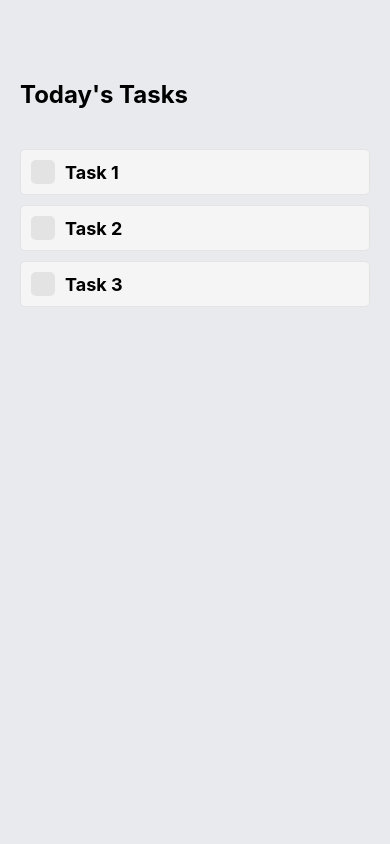
Repository: lomelo-x/ToDo-App
Screen: /
The author's editor kept a copy of each file at every save. The screen is drawn from the files as they stood at one save, then again after a run of saves.
The app was drawn by React Native's web renderer in a window 390 px wide. The project was rebuilt for these pictures with package versions that can differ from the ones it lists, and the page was loaded fresh each time.

Above is the screen before, as saved 2022-06-17 19:45:53.

### App.js
import { StatusBar } from 'expo-status-bar';
import { StyleSheet, Text, View } from 'react-native';
import Task from './components/Task';

export default function App() {
	return (
		<View style={styles.container}>
			<View style={styles.todoContainer}>
				<Text style={styles.sectionTitle}>Today's Tasks</Text>
				<View style={styles.itemsContainer}>
					<Task text={'Task 1'} />
					<Task text={'Task 2'}/>
					<Task text={'Task 3'}/>
				</View>
			</View>
		</View>
	);
}

const styles = StyleSheet.create({
	container: {
		flex: 1,
		backgroundColor: '#E8EAED',
	},
	todoContainer: {
		paddingTop: 80,
		paddingHorizontal: 20,
	},
	sectionTitle: {
		fontSize: 24,
		fontWeight: 'bold',
		marginBottom: 20,
	},
	itemsContainer: {
		marginTop: 20,
	},
});

### components/Task.js
import React from 'react';
import { View, Text, StyleSheet, TouchableOpacity } from 'react-native';

const Task = ({ text }) => {
	return (
		<View style={styles.task}>
			<View style={styles.taskLeft}>
				<TouchableOpacity style={styles.square}></TouchableOpacity>
				<Text style={styles.taskText}>{text}</Text>
			</View>
			<View style={styles.taskRight}></View>
		</View>
	);
};

const styles = StyleSheet.create({
	task: {
		backgroundColor: '#f5f5f5',
		padding: 10,
		marginBottom: 10,
		borderRadius: 5,
		borderWidth: 1,
		borderColor: '#e3e3e3',
		flexDirection: 'row',
		alignItems: 'center',
		justifyContent: 'space-between',

	},
	taskText: {
		fontSize: 18,
		fontWeight: 'bold',
	},
	taskLeft: {
		flexDirection: 'row',
		alignItems: 'center',
		flexWrap: 'wrap',
	},
	taskRight: {},
	square: {
		width: 24,
		height: 24,
		backgroundColor: '#e3e3e3',
		borderRadius: 5,
		marginRight: 10,
	},
});

export default Task;

After the next 3 saves:
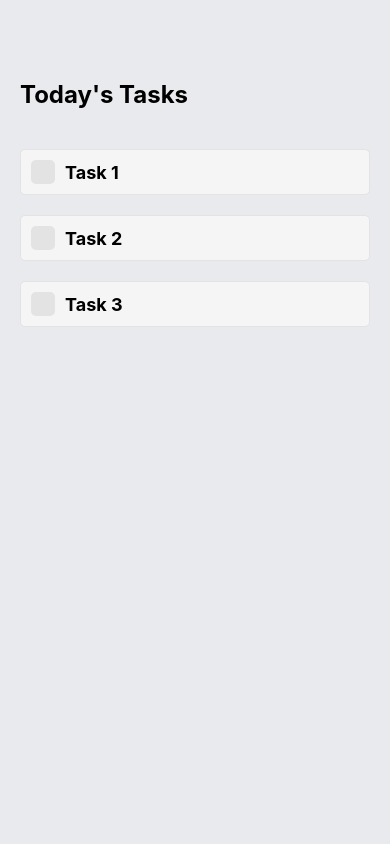
The 3 saves are shown as one change because they came seconds apart.
The last was saved 7 s later.
--- a/components/Task.js
+++ b/components/Task.js
@@ -24,7 +24,7 @@ const styles = StyleSheet.create({
 		flexDirection: 'row',
 		alignItems: 'center',
 		justifyContent: 'space-between',
-
+		marginBottom: 20,
 	},
 	taskText: {
 		fontSize: 18,
